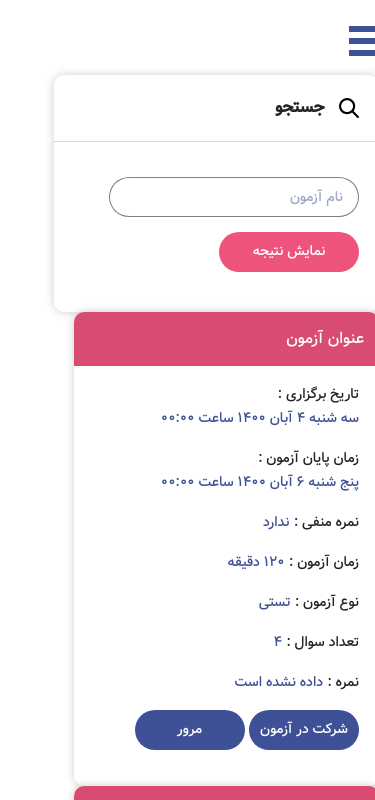
Repository: kosar78/quiz-online
Page: student-panel-myquiz.html
These files come from the project's save history. The page is drawn as it stood at one moment and after the next save; the edit follows.
The browser window is 375 px wide. The pictures show the whole page.
The page's requests for data from a server got no answer. An inner scrolling area shows only its first screen.

Above is the page before, as saved 2022-01-09 15:19:44.

### student-panel-myquiz.html
<!DOCTYPE html>
<html lang="en">
<head>
    <meta charset="UTF-8">
    <meta name="viewport" content="width=device-width, initial-scale=1.0">
    <link rel="stylesheet" href="css/manager-panel.css">
    <link rel="stylesheet" href="css/teacher-panel-dashbord.css">
    <link rel="stylesheet" href="css/studnet-panel-myquiz.css">
    <link rel="stylesheet" href="bootstrap_files/css/bootstrap.min.css">
    <script type="text/javascript" src="JQuery_file/jQuery.js"></script>
    <script type="text/javascript" src="bootstrap_files/js/bootstrap.min.js"></script>
    <script type="text/javascript" src="js/manager-panel.js"></script>
    <title>پنل دانشجو - داشبورد</title>
</head>
<body>
    <div class="container-fluid">
        <div class="row main-row">
            <div class="col-xl-3 col-md-3 sidebar-parent">
                <div class="resize-sidebar">
                    <img class="resize-right show" src="images/right.svg" alt="">
                    <img class="resize-left hide" src="images/left.svg" alt="">
                </div>
                <div class="exit-menubar hide">
                    <img class="" src="images/exit-menubar.svg" alt="">
                </div>
                <div class="sidebar">
                    <ul class="user-profile">
                        <li class="user-img">
                            <img src="images/H0fb13ae027de48f4a32a8bd50971f4c5N.jpg_.webp" alt="">
                        </li>
                        <li class="user-name-phone">
                            <p class="user-name" id="fullname">
                                کوثر حسینی
                            </p>
                            <p class="user-phone">

                            </p>
                        </li>
                        <li class="manage-profile">
                            <img class="bottom show" src="images/bottom.svg" alt="">
                            <img class="top hide" src="images/top.svg" alt="">
                        </li>
                    </ul>
                    <div class="manage-profile-menubar hide">
                        <div>
                            <ul class="mp-menubar">
                                <a href="manager-panel-profile.html">
                                    <li><img src="images/manage-profile-icon.svg" alt="" class="mp-icon"></li>
                                    <li class="mp-name">

                                        پروفایل

                                    </li>
                                </a>
                            </ul>
                            <ul class="mp-menubar">
                                <a href="#">
                                    <li><img src="images/change-pass-icon.svg" alt="" class="mp-icon"></li>
                                    <li class="mp-name">
                                        تغییر رمز عبور
                                    </li>
                                </a>
                            </ul>
                            <ul class="mp-menubar">
                                <a href="home.html">
                                    <li><img src="images/profile-manage-exit-icon.svg" alt="" class="mp-icon"></li>
                                    <li class="mp-name">
                                        خروج
                                    </li>
                                </a>
                            </ul>
                        </div>
                    </div>
                    <ul class="sidebar-case  dashbord">
                        <div class="v-line"></div>
                        <a href="student-panel-dashbord.html">
                            <li class="case-icon">
                                <img src="images/dashbord-icon.svg" alt="">
                            </li>
                            <li class="case-name">
                                داشبورد
                            </li>
                        </a>
                    </ul>
                    <ul class="sidebar-case active-case  test-managment">
                        <div class="v-line"></div>

                            <li class="case-icon">
                                <img src="images/carbon_gui-management.svg" alt="">
                            </li>
                            <li class="case-name">
                                آزمون های من
                            </li>

                    </ul>

                </div>
            </div>


            <div class="col-xl-9 col-md-9 quizlist-left-side left-side">
                <img src="images/menubar.svg" alt="" class="menubar hide">
                <div class="row main-row-left">
                    <div class="col-xl-12 search-box">
                        <ul>
                            <li>
                                <img src="images/search-icon.svg" alt="">
                            </li>
                            <li class="search-tx">
                                جستجو
                            </li>
                        </ul>
                        <div class="line"></div>
                        <ul class="search-input-ul">
                            <li>
                                <input type="text" name="search-name" id="quiz-name" placeholder="نام آزمون">
                            </li>

                            <li>
                                <input class="show-result-btn" type="button" value="نمایش نتیجه">
                            </li>
                        </ul>
                    </div>

                    <div class="quiz-box">
                        <div class="head-quiz-box">
                            عنوان آزمون
                        </div>
                        <ul style="margin-top: 50px;">
                            <li class="li-titr">تاریخ برگزاری :</li>
                            <li class="q-info">سه شنبه 4 آبان 1400 ساعت 00:00</li>
                        </ul>
                        <ul>
                            <li class="li-titr">زمان پایان آزمون :</li>
                            <li class="q-info">پنج شنبه 6 آبان 1400 ساعت 00:00</li>
                        </ul>
                        <ul>
                            <li class="li-titr">نمره منفی :</li>
                            <li class="q-info">ندارد</li>
                        </ul>
                        <ul>
                            <li class="li-titr">زمان آزمون :</li>
                            <li class="q-info">120 دقیقه</li>
                        </ul>
                        <ul>
                            <li class="li-titr">نوع آزمون :</li>
                            <li class="q-info">تستی</li>
                        </ul>
                        <ul>
                            <li class="li-titr">تعداد سوال :</li>
                            <li class="q-info">4</li>
                        </ul>
                        <ul>
                            <li class="li-titr">نمره :</li>
                            <li class="q-info">داده نشده است</li>
                        </ul>
                        <ul>
                            <li>
                                <input type="button" value="شرکت در آزمون">
                            </li>
                            <li>
                                <input type="button" value="مرور">
                            </li>
                        </ul>
                    </div>

                    <div class="quiz-box">
                        <div class="head-quiz-box">
                            عنوان آزمون
                        </div>
                        <ul style="margin-top: 50px;">
                            <li class="li-titr">تاریخ برگزاری :</li>
                            <li class="q-info">سه شنبه 4 آبان 1400 ساعت 00:00</li>
                        </ul>
                        <ul>
                            <li class="li-titr">زمان پایان آزمون :</li>
                            <li class="q-info">پنج شنبه 6 آبان 1400 ساعت 00:00</li>
                        </ul>
                        <ul>
                            <li class="li-titr">نمره منفی :</li>
                            <li class="q-info">ندارد</li>
                        </ul>
                        <ul>
                            <li class="li-titr">زمان آزمون :</li>
                            <li class="q-info">120 دقیقه</li>
                        </ul>
                        <ul>
                            <li class="li-titr">نوع آزمون :</li>
                            <li class="q-info">تستی</li>
                        </ul>
                        <ul>
                            <li class="li-titr">تعداد سوال :</li>
                            <li class="q-info">4</li>
                        </ul>
                        <ul>
                            <li class="li-titr">نمره :</li>
                            <li class="q-info">داده نشده است</li>
                        </ul>
                        <ul>
                            <li>
                                <input type="button" value="شرکت در آزمون">
                            </li>
                            <li>
                                <input type="button" value="مرور">
                            </li>
                        </ul>
                    </div>

                    <div class="quiz-box">
                        <div class="head-quiz-box">
                            عنوان آزمون
                        </div>
                        <ul style="margin-top: 50px;">
                            <li class="li-titr">تاریخ برگزاری :</li>
                            <li class="q-info">سه شنبه 4 آبان 1400 ساعت 00:00</li>
                        </ul>
                        <ul>
                            <li class="li-titr">زمان پایان آزمون :</li>
                            <li class="q-info">پنج شنبه 6 آبان 1400 ساعت 00:00</li>
                        </ul>
                        <ul>
                            <li class="li-titr">نمره منفی :</li>
                            <li class="q-info">ندارد</li>
                        </ul>
                        <ul>
                            <li class="li-titr">زمان آزمون :</li>
                            <li class="q-info">120 دقیقه</li>
                        </ul>
                        <ul>
                            <li class="li-titr">نوع آزمون :</li>
                            <li class="q-info">تستی</li>
                        </ul>
                        <ul>
                            <li class="li-titr">تعداد سوال :</li>
                            <li class="q-info">4</li>
                        </ul>
                        <ul>
                            <li class="li-titr">نمره :</li>
                            <li class="q-info">داده نشده است</li>
                        </ul>
                        <ul>
                            <li>
                                <input type="button" value="شرکت در آزمون">
                            </li>
                            <li>
                                <input type="button" value="مرور">
                            </li>
                        </ul>
                    </div>
                </div>
            </div>
        </div>
    </div>
    <script src="node_modules/axios/dist/axios.min.js"></script>
    <script src="js/manager-panel-getToken.js"></script>
</body>
</html>

### css/manager-panel.css
@font-face {
    font-family: FirstFont;
    src:url(../font/Vazir-Medium.woff2) format('woff2');
    src:url(../font/Vazir-Medium-FD-WOL.woff2) format('woff2');
  }
* {
    margin: 0;
    padding: 0;
    user-select: none;
    -moz-user-select: none;
    -khtml-user-select: none;
    -webkit-user-select: none;
    -o-user-select: none;
    text-align: right;
    text-decoration:none;
}
html body {
    direction: rtl;
    font-family:FirstFont;
    text-align: center;

}

ul li{
    display: inline-block;
    list-style: none;
}
.sidebar-parent{
    padding: 25px;

    position: relative;
}
.main-row{
    padding-right: 15px;
}
.sidebar{
    width: 100%;
    height: 92vh;
    background-color: #3E5196;
    border-radius: 25px;
    box-shadow: 0px 10px 23px 13px rgba(62, 81, 150, 0.2);

}
.resize-sidebar,
.exit-menubar{
    border-radius: 50%;
    width: 35px;
    text-align: center;
    height: 35px;
    position: absolute;
    padding-top: 9px;
    top: 40px;
    background: #fff;
    padding-right: 10px;
    left: 0;
    cursor: pointer;
}
.exit-menubar{
    padding-right: 0px;
    padding-top: 6px;
}
.exit-menubar img{
    width: 16px;
}
.resize-sidebar img{
    width: 12px;
}
.user-img img{
    width: 55px;
    height: 55px;
    border-radius: 50%;
}
.user-profile{
    padding-right: 15px;
    padding-top: 60px;

}
.user-name-phone p{
    margin-bottom: 0 !important;
    color: #fff;
}
.user-name-phone{
    position: relative;
    top: 0px;
    right: 10px;
    width: 59%;
}
.user-phone{
    font-size: 12px;
}
.user-name{
    /* width: 140px; */
    height: auto;
}
.manage-profile{
    background-color: #363671;
    padding: 8px 6px;
    border-radius: 7px;
    cursor: pointer;
    position: absolute;
    left: 25px;
    top: 100px;
}
.manage-profile img{
    width: 14px;
}
.sidebar-case{
    padding-right: 25px;
    padding-top: 15px;
    padding-bottom: 15px;
    margin-bottom: 0px !important;
    margin-top: 20px;

}
.dashbord{
    margin-top: 60px;
}
.sidebar-case li{
    cursor: pointer;
}
.active-case .v-line{
    background: #fff;
    width: 8px;
    position: absolute;
    height: 54px;
    top: 0;
    right: 0;
}
.active-case .v-line-user-managment{
    background: #fff;
    width: 8px;
    position: absolute;
    height: 44px;
    top: 0;
    right: 0;
}

.active-case{
    background: rgba(54, 54, 113, 0.5);
    position: relative;
}
.case-name{
    width: 64%;
    color: #fff;
    margin-right: 15px;
    font-size: 14px;
}
.user-management .case-name{
    margin-right: 9px;
}
.user-management-case{
    margin-bottom: 0px !important;
    padding: 10px 0;
}
.user-management-case li{
    cursor: pointer;
}
.user-management-case .umc-icon img{
    width: 25px;
}
.user-management-cases{
    padding-right: 65px;
}
.user-management-case .umc-name{
    font-size: 15px;
    color: rgba(255, 255, 255, 0.8);
    padding-right: 12px;
}
.manage-profile-menubar{
    left: 25px;
    margin-top: -25px;
    position: absolute;
    z-index: 1;
}
.manage-profile-menubar div{

    background-color: #363671;
    border-radius: 10px;
    width: max-content;
    transition: all 0.4s cubic-bezier(0.39, 0.58, 0.57, 1);
}
.manage-profile-menubar .mp-menubar{
    margin-bottom: 0;
    padding: 15px;
}
.manage-profile-menubar .mp-name{
    color: #fff;
    font-size: 13px;
    padding-right: 12px;
    padding-left: 25px;
}
.manage-profile-menubar .mp-menubar li{
    cursor: pointer;
}
.user-mangement-cases-icon{
    position: absolute;
    left: 28px;
    margin-top:5px;
}
.hide{
    display: none;
}
.show{
    display: block;
}

.small-sidebar .user-profile {
    padding-right: 10px;
}
.small-sidebar .user-name-phone,
.small-sidebar .case-name,
.small-sidebar .mp-name,
.small-sidebar .umc-name{
    display: none;
}
.small-sidebar .manage-profile{
    left: 40px;
    margin-top: 46px;
}
.small-sidebar .manage-profile-menubar {
    left: 29px;
    margin-top: 20px;
}
.small-sidebar .user-management-cases {
    padding-right: 25px;
}
.small-sidebar .user-mangement-cases-icon{
    display: none;
}
.mp-menubar:hover{
    background-color: #6060d0e3;
}
#message{
    margin-bottom: 10px !important;
    font-size: 15px;
    margin-right: 36px;
    height: 25px;
    margin-top: 15px;
}
@media(max-width:1199px){
    .user-name-phone{
        display: block;
    }
    .manage-profile-menubar {
        margin-top: -55px;
    }

}
.small-sidebar .user-profile,
.small-sidebar .sidebar-case,
.small-sidebar .user-management-cases {
    padding-right: 0px;
    text-align: center;
}
.small-sidebar .user-management-cases .user-management-case{
    text-align: center;
}

.small-sidebar .manage-profile {
    left: 42%;
    margin-top: 36px;
}
.small-sidebar .manage-profile-menubar {
    left: 35%;
}
@media(max-width:880px){
    .user-name-phone .user-name,
    .user-management-case .umc-name{
        font-size: 13px;
    }
    .case-name{
        font-size: 12px;
        margin-right: 7px !important;
    }
    .user-phone {
        font-size: 9px;
    }
    .sidebar-case {
        padding-right: 15px;
    }
    .manage-profile-menubar .mp-menubar{
        padding: 10px;
    }
    .manage-profile-menubar .mp-name{
        padding-left: 15px;
    }
    .user-management-cases {
        padding-right: 50px;
    }
    .small-sidebar .manage-profile-menubar {
        left: 38%;
    }
}
@media(max-width:767px){
    .sidebar-parent{
        display: none;
    }
    .menubar{
        display: block;
        width: 40px;
        height: 40px;
        cursor: pointer;
        margin-top: 20px;
        position: absolute;
        top: 2px;
        right: 15px;
    }
    .main-row{
        padding-right: 0;
    }

}
@media(min-width:768px){
    .exit-menubar{
        display: none;
    }
    .resize-sidebar{
        display: block;
    }
    .menubar{
        display: none;
    }
    .sidebar-parent{
        display: block !important;
    }
}

### css/teacher-panel-dashbord.css
.main-row-left{
    padding-top: 50px;
    padding-left: 25px;
    padding-right: 25px;
    margin-bottom: 25px;
}

.testslist-left-side{
    height: 100vh !important;
    overflow-y: auto;
}
.teacher-dashbord-title,
.tests-list-box{
    background: #FFFFFF;
    box-shadow: 0px 0px 10px rgba(0, 0, 0, 0.2);
    border-radius: 10px;
    width: 100%;
    height: max-content;
    padding: 0 !important;

}
.tests-list-box{
    margin: 20px 0;
}
.add-new-test{
    width: 140px;
    outline: none;
    margin-bottom: 20px;
    border: 0;
    text-align: center;
    color: #FFFFFF;
    background: #EE537C;
    border-radius: 25px;
    height: 40px;
    font-size: 14px;
    position: absolute;
    top: 15px;
    left: 20px;
}

.add-new-test:hover{
    background:#d84c71 !important;
    color:#f6f6f6 !important;
}
.title-tx {
    width: max-content;
    margin-top: 25px;
    margin-right: 25px;
    margin-bottom: 30px;
    font-size: 17px;
    font-weight: bold;
}
.table thead th {
    color: rgb(0,0,0,.5);
    font-size: 15px;
}
.table td{
    font-size: 15px;
}
.teacher-dashbord-title ul{
    padding-right: 25px;
}
.teacher-dashbord-title .title-tx{
    margin-right: 15px;
    margin-bottom: 10px;
}
.empty-list{
    text-align: center;
    margin-top: 10px;
    margin-bottom: 15px;
}


@media(max-width:767px){
    .main-row-left{
        margin-top: 25px;
    }
    .main-row-left .row{
        margin-bottom: 0;
    }

}

### css/studnet-panel-myquiz.css
.quizlist-left-side{
    height: 100vh !important;
    overflow-y: auto;
}
.search-box{
    background: #FFFFFF;
    box-shadow: 0px 0px 10px rgba(0, 0, 0, 0.2);
    border-radius: 10px;
    width: 100%;
    height: max-content;
    padding: 0 !important;
}
.quiz-box{
    background: #FFFFFF;
    box-shadow: 0px 0px 10px rgba(0, 0, 0, 0.2);
    border-radius: 10px;
    width: 400px;
    height: max-content;
    padding: 20px !important;
    position: relative;
    margin: 20px 0;
    position: relative;
    margin-left: 30px;
}
.line{
    height: 1px;
    background-color: rgba(0, 0, 0, 0.15);
}

.search-box input[type="text"]{
    border-radius: 25px;
    width: 250px;
    height: 40px;
    border: 1px solid rgba(0, 0, 0, 0.5);
    outline: none;
    padding: 3px 15px;
    /* margin-bottom: 30px; */
}

.search-box input[type="text"]:focus{
    border: 1px solid #3E5196;
}

.search-box input[type="button"]{
    width: 140px;
    outline: none;
    margin-bottom: 20px;
    border: 0;
    text-align: center;
    color: #FFFFFF;
    background: #EE537C;
    border-radius: 25px;
    height: 40px;
    font-size: 14px;
}
.show-result-btn:hover{
    background:#d84c71 !important;
    color:#f6f6f6 !important;
}

::placeholder {
    color: #3E5196;
    opacity: 0.5;
    font-size: 14px;
}

:-ms-input-placeholder {
    color:#3E5196;
    opacity: 0.5;
    font-size: 14px;
}

::-ms-input-placeholder {
    color: #3E5196;
    opacity: 0.5;
    font-size: 14px;
}
.search-box img{
    width: 20px;
}
.search-box ul{
    padding: 20px;
    margin-bottom: 0 !important;
}
.search-box .search-tx{
    font-size: 17px;
    font-weight: bold;
    padding-right: 10px;
}
.search-input-ul li{
    margin-left: 15px;
    margin-top: 15px;
}
.head-quiz-box{
    position: absolute;
    top: 0px;
    /* margin-bottom: 39px; */
    padding: 15px;
    background-color: #d84c71;
    width: 100%;
    right: 0px;
    border-top-left-radius: 10px;
    border-top-right-radius: 10px;
    color: #FFFFFF;
    /* font-weight:bold; */

}
.quiz-box ul li{
    font-size: 14px;
}
.q-info{
    color: #3e5196;
}
.quiz-box ul li input{
    width: 110px;
    outline: none;
    /* margin-bottom: 20px; */
    border: 0;
    text-align: center;
    color: #FFFFFF;
    background: #3e5196;
    border-radius: 25px;
    height: 40px;
    font-size: 14px;
}
.quiz-box ul li input:hover{
    background: #27335f;
}
@media(max-width:475px){
    .quiz-box{
        margin: 0;
    }
}
@media(max-width:1228px){
    .quiz-box{
        margin-left: 20px;
    }
}

### js/manager-panel.js
$(document).ready(function(){
    $(".manage-profile").click(function(){
        if($(".bottom").hasClass("show")){
            $(".bottom").removeClass("show")
            $(".bottom").addClass("hide")
            $(".top").addClass("show")
            $(".top").removeClass("hide")
            $(".manage-profile-menubar").removeClass("hide")
            $(".manage-profile-menubar").addClass("show")
        }
        else if($(".bottom").hasClass("hide")){
            $(".bottom").removeClass("hide")
            $(".bottom").addClass("show")
            $(".top").addClass("hide")
            $(".top").removeClass("show")
            $(".manage-profile-menubar").removeClass("show")
            $(".manage-profile-menubar").addClass("hide")
        }

    })

    $(".user-management li").click(function(){
        if($("#user-mangement-cases-icon-bottom").hasClass("show")){
            $("#user-mangement-cases-icon-bottom").removeClass("show")
            $("#user-mangement-cases-icon-bottom").addClass("hide")
            $("#user-mangement-cases-icon-top").addClass("show")
            $("#user-mangement-cases-icon-top").removeClass("hide")
            $(".user-management-cases").removeClass("hide")
            $(".user-management-cases").addClass("show")
        }
        else if($("#user-mangement-cases-icon-bottom").hasClass("hide")){
            $("#user-mangement-cases-icon-bottom").removeClass("hide")
            $("#user-mangement-cases-icon-bottom").addClass("show")
            $("#user-mangement-cases-icon-top").addClass("hide")
            $("#user-mangement-cases-icon-top").removeClass("show")
            $(".user-management-cases").removeClass("show")
            $(".user-management-cases").addClass("hide")
        }

    })
    $(".resize-sidebar").click(function(){
        if($(".resize-right").hasClass("show")){
            $(".resize-right").removeClass("show")
            $(".resize-right").addClass("hide")
            $(".resize-left").addClass("show")
            $(".resize-left").removeClass("hide")
            $(".sidebar-parent").removeClass("col-xl-3")
            $(".sidebar-parent").addClass("col-xl-1")
            $(".sidebar-parent").removeClass("col-md-3")
            $(".sidebar-parent").addClass("col-md-2")
            $(".left-side").removeClass("col-xl-9")
            $(".left-side").addClass("col-xl-11")
            $(".left-side").removeClass("col-md-9")
            $(".left-side").addClass("col-md-10")
            $(".sidebar-parent").addClass("small-sidebar")
        }
        else if($(".resize-right").hasClass("hide")){
            $(".resize-right").removeClass("hide")
            $(".resize-right").addClass("show")
            $(".resize-left").addClass("hide")
            $(".resize-left").removeClass("show")
            $(".sidebar-parent").addClass("col-xl-3")
            $(".sidebar-parent").removeClass("col-xl-1")
            $(".sidebar-parent").addClass("col-md-3")
            $(".sidebar-parent").removeClass("col-md-2")
            $(".left-side").addClass("col-xl-9")
            $(".left-side").removeClass("col-xl-11")
            $(".left-side").addClass("col-md-9")
            $(".left-side").removeClass("col-md-10")
            $(".sidebar-parent").removeClass("small-sidebar")
        }

    })
    $(".menubar").click(function(){
        $(".sidebar-parent").removeClass("hide")
        $(".sidebar-parent").addClass("show")
        $(".left-side").addClass("hide")
        $(".left-side").removeClass("show")
        $(".sidebar-parent").css("display","block")
        $(".left-side").css("display","none")
        $(".resize-sidebar").removeClass("show")
        $(".resize-sidebar").addClass("hide")
        $(".exit-menubar").removeClass("hide")
        $(".exit-menubar").addClass("show")
        $(".sidebar-parent").removeClass("small-sidebar")
    })
    $(".exit-menubar").click(function(){
        $(".sidebar-parent").removeClass("show")
        $(".sidebar-parent").addClass("hide")
        $(".left-side").addClass("show")
        $(".left-side").removeClass("hide")
        $(".sidebar-parent").css("display","none")
        $(".resize-sidebar").removeClass("hide")
        $(".resize-sidebar").addClass("show")
        $(".exit-menubar").removeClass("show")
        $(".exit-menubar").addClass("hide")
        $(".left-side").css("display","block")
        $(".change-pass-left-side").css("display","flex !important")
    })

})

### js/manager-panel-getToken.js
// let localStorage_Array4=localStorage.toggled.split("|")
// localStorage.toggled=localStorage_Array4[0]
// let examId=localStorage_Array4[1]

            axios.get('http://localhost:3000/api/v1/user/my',{
                headers: {
                    'Authorization' : `Bearer ${localStorage.toggled}`
                }
            })
            .then(res =>{
                console.log('get : ')
                console.log(res.data.data.fullName);
                document.getElementById("fullname").innerHTML = res.data.data.fullName;

            })
            .catch(err => console.log(err))

Loaded but not shown: bootstrap_files/css/bootstrap.min.css (library); JQuery_file/jQuery.js (library); bootstrap_files/js/bootstrap.min.js (library); node_modules/axios/dist/axios.min.js (library)

After the next save:
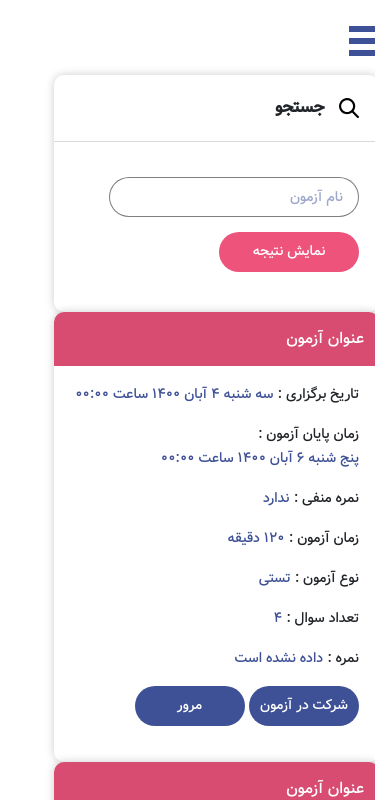
Saved 7 s later.
--- a/css/studnet-panel-myquiz.css
+++ b/css/studnet-panel-myquiz.css
@@ -128,7 +128,7 @@
 }
 @media(max-width:475px){
     .quiz-box{
-        margin: 0;
+        margin: 0 !important;
     }
 }
 @media(max-width:1228px){
